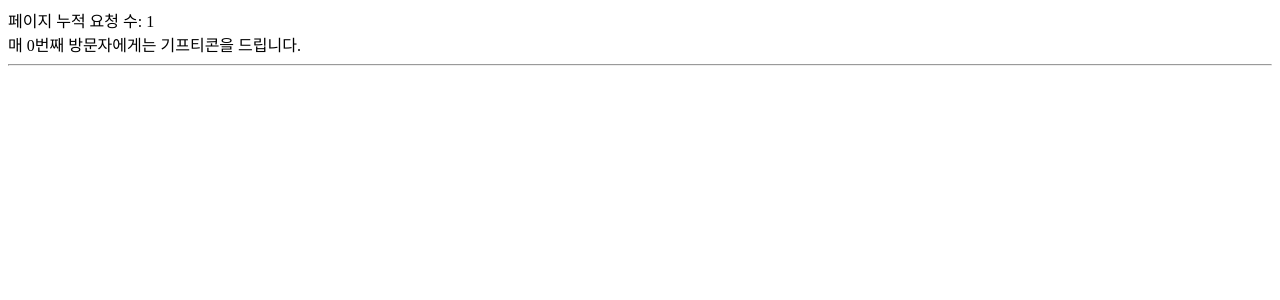
Repository: markahn02050/jsp_practice
Page: http://localhost/JSPBasic/JspTag/RandomGugu.jsp
These files come from the project's save history. The page is drawn as it stood at one moment and after the next save; the edit follows.
The browser window is 1280 px wide. The pictures show the whole page.
The page is served by Tomcat 9.

Above is the page before, as saved 2022-01-28 06:51:30.

### JSPBasic/src/main/webapp/JspTag/RandomGugu.jsp
<%@ page language="java" contentType="text/html; charset=UTF-8"
    pageEncoding="UTF-8"%>
<!DOCTYPE html>
<html>
<head>
<meta charset="UTF-8">
<title>Insert title here</title>
</head>
<body>
	<%!
		int pageCount = 0;

	%>

	<%

		int randNum = ((int)Math.random() * 100);

		out.println("페이지 누적 요청 수: " + (++pageCount) + "<br/>");
		out.println("매 " + randNum + "번째 방문자에게는 기프티콘을 드립니다." + "<br/>");

		if(pageCount == randNum){

			out.println("당첨되셨습니다!!" + "<br/>");
		}

	%>
	<hr>

	<%!
		void randGugu(){

		int gugu = ((int)Math.random() * 9) + 1;



	}

	%>


</body>
</html>

After the next save:
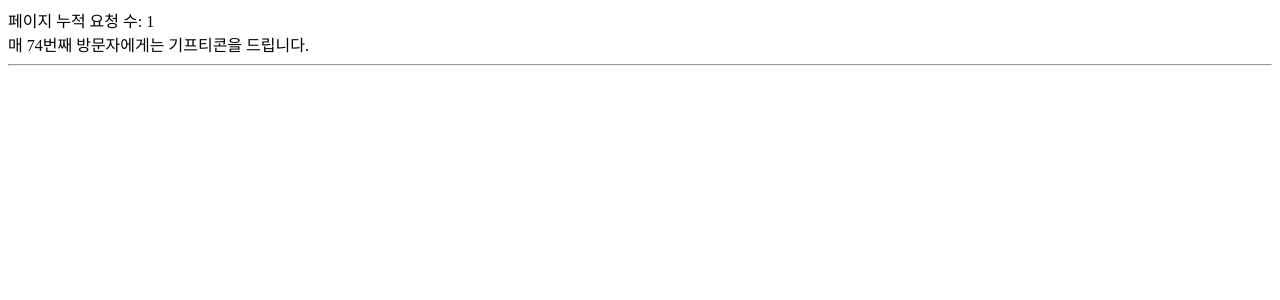
Saved 97 s later.
--- a/JSPBasic/src/main/webapp/JspTag/RandomGugu.jsp
+++ b/JSPBasic/src/main/webapp/JspTag/RandomGugu.jsp
@@ -14,7 +14,7 @@
 
 	<%
 
-		int randNum = ((int)Math.random() * 100);
+		int randNum = (int)(Math.random() * 100) + 1;
 
 		out.println("페이지 누적 요청 수: " + (++pageCount) + "<br/>");
 		out.println("매 " + randNum + "번째 방문자에게는 기프티콘을 드립니다." + "<br/>");
